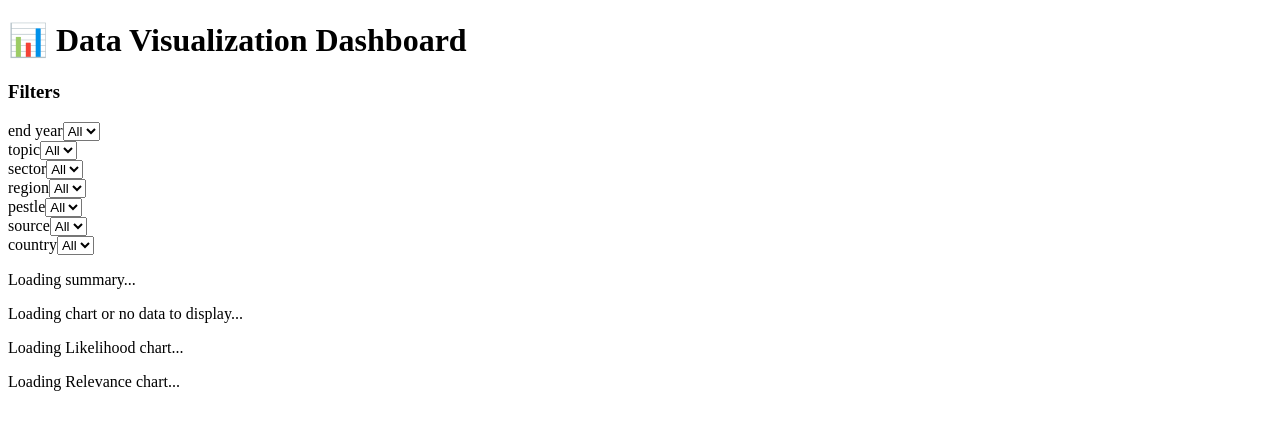
Repository: dikshant-s/DataVisualizationDashboard
Page: / (app in frontend/)
An editor plug-in stored every save of this project. The page is shown before and after the next save, followed by the edit.
The browser window is 1280 px wide. The pictures show the whole page.
The page's requests for data from a server got no answer. The project was rebuilt for these pictures with package versions that can differ from the ones it lists, and the page was loaded fresh each time. No one was signed in, and anything a server would have sent is missing.

Above is the page before, as saved 2025-06-29 10:36:25.

After the next save:
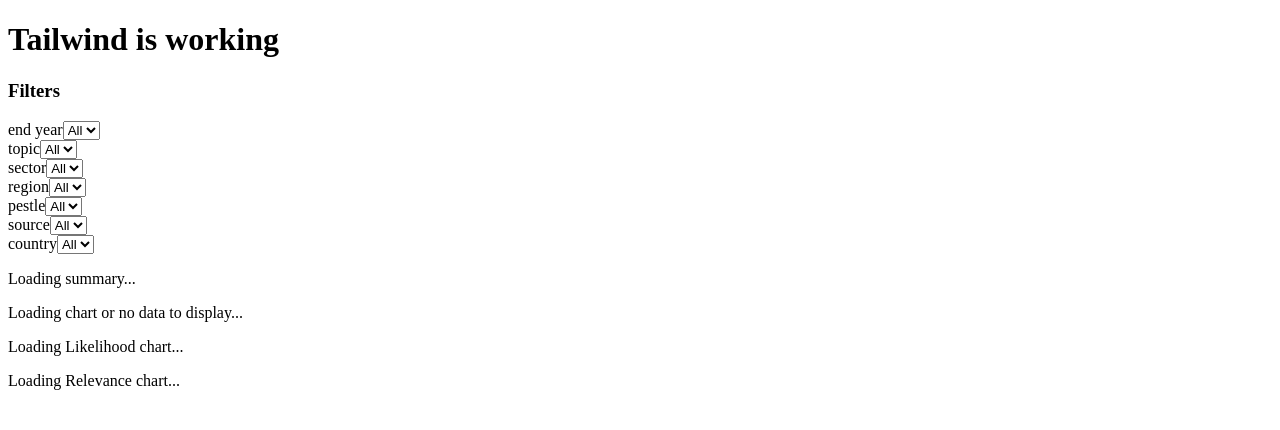
Saved 51 s later.
--- a/frontend/src/App.js
+++ b/frontend/src/App.js
@@ -11,9 +11,7 @@ const App = () => {
   return (
     <div className="bg-gray-100 min-h-screen text-gray-800 font-sans">
       <div className="max-w-6xl mx-auto px-4 py-8">
-        <h1 className="text-3xl font-bold text-blue-700 mb-6">
-          📊 Data Visualization Dashboard
-        </h1>
+        <h1 className="text-4xl font-bold text-red-600">Tailwind is working</h1>
 
         <FilterPanel setFilters={setFilters} />
 
